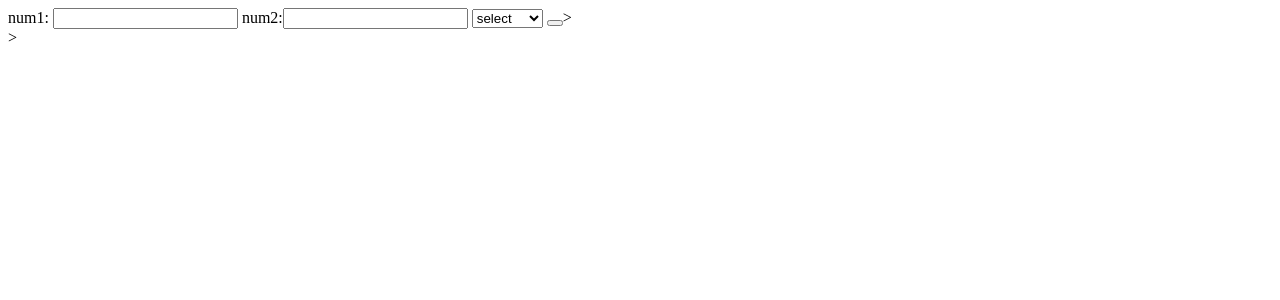
Repository: ravikumar0303/Advance-Java
Page: JSPCalculator/src/main/webapp/calculator.html
An editor plug-in stored every save of this project. The page is shown before and after the next save, followed by the edit.
The browser window is 1280 px wide. The pictures show the whole page.

Above is the page before, as saved 2023-06-24 10:07:55.

After the next save:
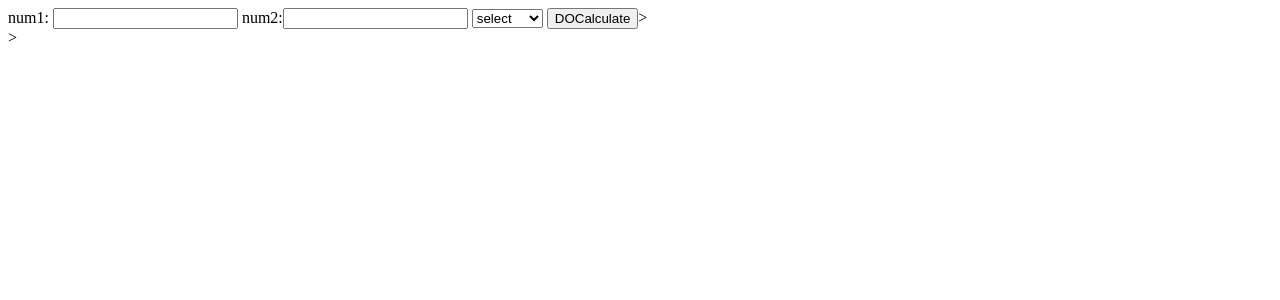
Saved 32 s later.
--- a/JSPCalculator/src/main/webapp/calculator.html
+++ b/JSPCalculator/src/main/webapp/calculator.html
@@ -18,7 +18,7 @@
           <option value="mul">mull</option>
           <option value="div">div</option>
          </select>
-         <button type="submit" value="btn" id="btn"></button>>
+         <button type="submit" value="btn" id="btn">DOCalculate</button>>
          <!--  <button tupe="submit" name="btn" id="btn" value="add">Addition</button>
                    -->
       </form>>
